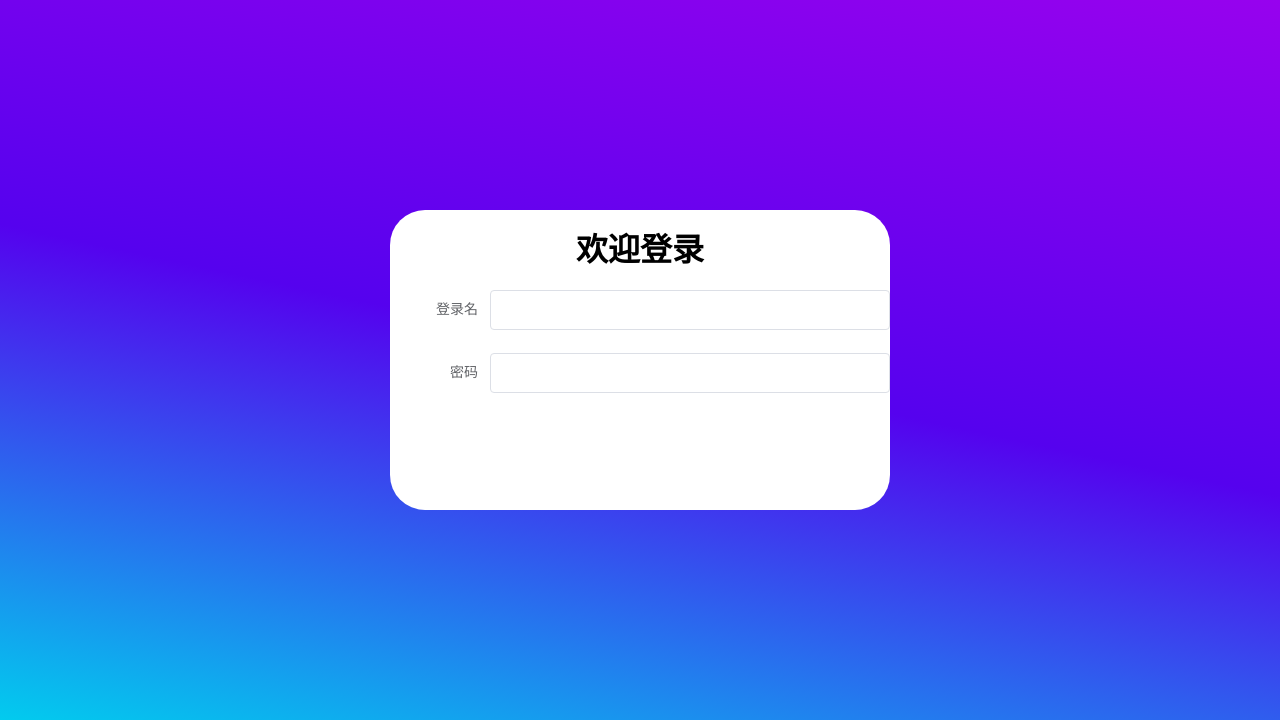
Repository: godlike060236/gr0624shixun
Page: /login
The author's editor kept a copy of each file at every save. The page is drawn from the files as they stood at one save, then again after the next save.
The browser window is 1280 px wide. The pictures show the whole page.
The project was rebuilt for these pictures with package versions that can differ from the ones it lists, and the page was loaded fresh each time. Also part of the build but not shown: src/components/menu/index.vue, src/views/Home.vue.

Above is the page before, as saved 2021-07-06 23:52:34.

### src/main.js
import Vue from 'vue'
import './plugins/axios'
import App from './App.vue'
import router from './router'
import store from './store'
import './plugins/element.js'
import ElementUI from 'element-ui'

Vue.use(ElementUI)
Vue.config.productionTip = false
Vue.prototype.img = (path) => {
    return 'http://192.168.119.22:9000/images/' + path
}

new Vue({
    router,
    store,
    render: h => h(App)
}).$mount('#app')

### src/router/index.js
import Vue from 'vue'
import VueRouter from 'vue-router'
import Home from '../views/Home.vue'

Vue.use(VueRouter)

const routes = [
    {
        path: '/',
        name: 'Home',
        component: Home,
        children: [
            {
                path: '/user',
                name: 'userList',
                component: () => import('../views/user')
            },
            {
                path: '/brand',
                name: 'BrandList',
                component: () => import('../views/brand')
            },
            {
                path: '/role',
                name: 'RoleList',
                component: () => import('../views/role')
            },
            {
                path: '/roleusers',
                name: 'RoleList',
                component: () => import('../views/role/users')
            },
            {
              path: '/roleresources',
              name: 'RoleResources',
              component: () => import('../views/role/resource')
            },
            {
              path: '/resource',
              name: 'ResourceList',
              component: () => import('../views/resource')
            }
        ]
    },
    {
        path: '/about',
        name: 'About',
        // route level code-splitting
        // this generates a separate chunk (about.[hash].js) for this route
        // which is lazy-loaded when the route is visited.
        component: () => import(/* webpackChunkName: "about" */ '../views/About.vue')
    },
    {
      path: '/login',
      name: 'Login',
      component: () => import('../views/login')
    }
]

const router = new VueRouter({
    mode: 'history',
    base: process.env.BASE_URL,
    routes
})

export default router

### src/views/login/index.vue
<template>
  <div class="login_main">
    <div class="content">
      <component :is="loginform"></component>
    </div>
  </div>
</template>

<script>
export default {
  name: 'Login',
  data() {
    return {}
  },
  computed: {
    loginform() {
      return () => import('./loginForm')
    },
  },
  methods: {},
}
</script>

<style lang="less" scoped>
.login_main {
  height: 100vh;
  background: linear-gradient(12deg, #02cbee, #5502ee, #9702ee);
  display: flex;
  .content {
    width: 500px;
    height: 300px;
    background: #ffffff;
    margin: auto;
    border-radius: 35px;
    position: relative;
  }
}
</style>

### src/views/login/loginForm.vue
<template>
  <div>
    <h1 class="title">欢迎登录</h1>
    <el-form :model="form" label-width="100px">
      <el-form-item label="登录名">
        <el-input v-model="form.username"></el-input>
      </el-form-item>
      <el-form-item label="密码"
        ><el-input v-model="form.password"></el-input>
      </el-form-item>
    </el-form>
  </div>
</template>

<script>
export default {
  name: '',
  data() {
    return {
      form: {
        username: '',
        password: '',
      },
    }
  },
}
</script>

<style lang="less" scoped>
.title {
  text-align: center;
  height: 80px;
  line-height: 80px;
}
</style>

Loaded but not shown: public/index.html (common file); src/plugins/axios.js (library); src/App.vue (common file); src/store/index.js (common file); src/plugins/element.js (common file)

After the next save:
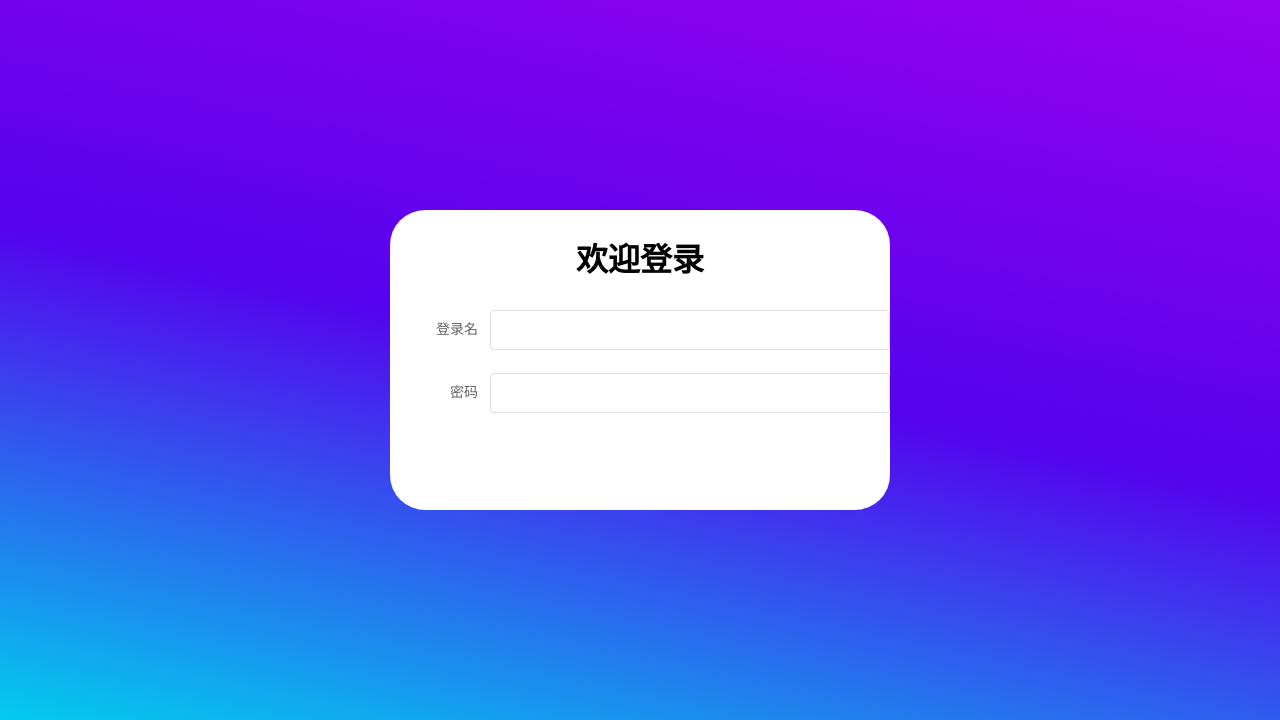
Saved 47 s later.
--- a/src/views/login/loginForm.vue
+++ b/src/views/login/loginForm.vue
@@ -29,7 +29,7 @@ export default {
 <style lang="less" scoped>
 .title {
   text-align: center;
-  height: 80px;
-  line-height: 80px;
+  height: 100px;
+  line-height: 100px;
 }
 </style>
